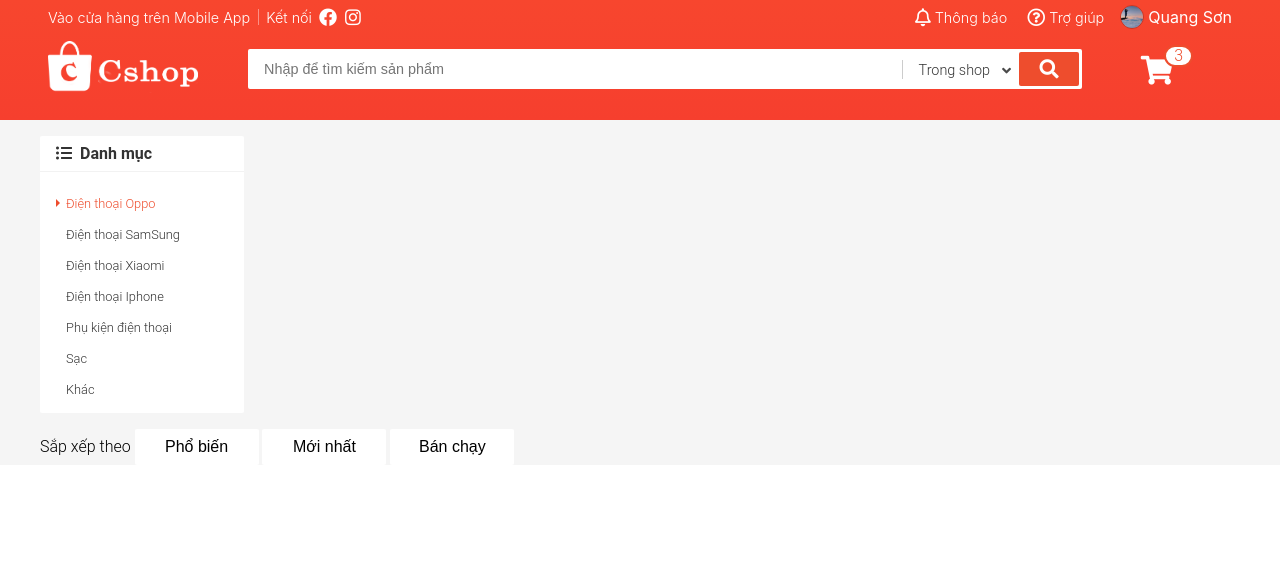
Repository: Qson412/BTL_Web
Page: index.html
An editor plug-in stored every save of this project. The page is shown before and after the next save, followed by the edit.
The browser window is 1280 px wide. The pictures show the whole page.

Above is the page before, as saved 2021-11-30 22:45:48.

After the next save:
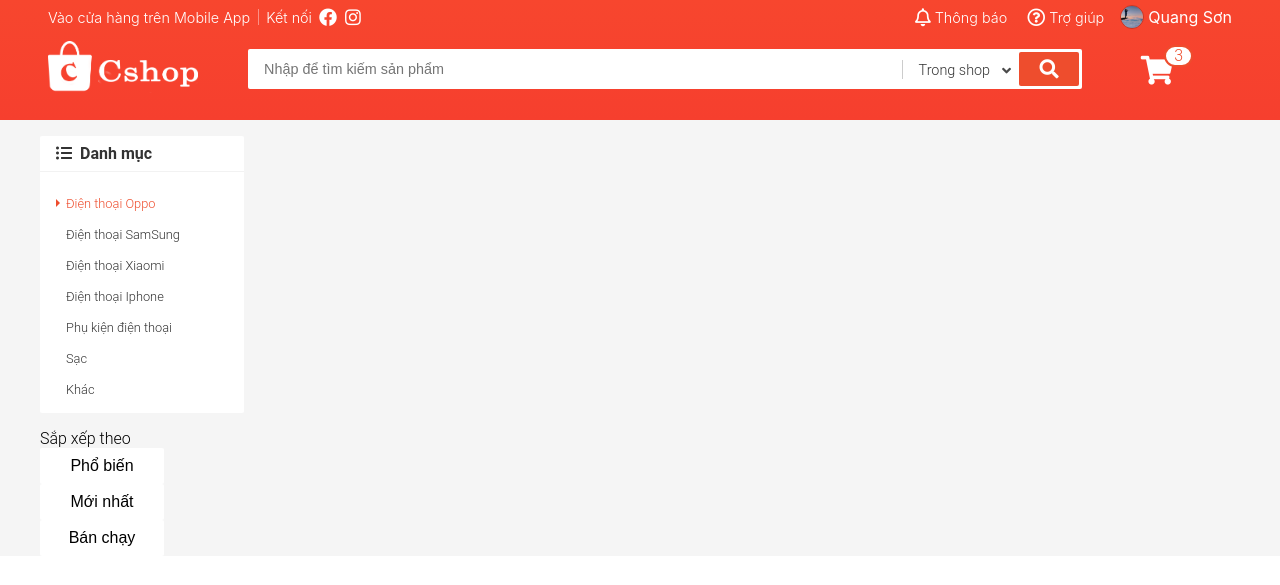
Saved 5 min 32 s later.
--- a/base.css
+++ b/base.css
@@ -101,7 +101,7 @@
     outline: none;
     cursor: pointer;
    color: black;
-   display: inline-flex;
+   display: flex;
    align-items: center;
    justify-content: center;
    background-color: white;

After the save that followed:
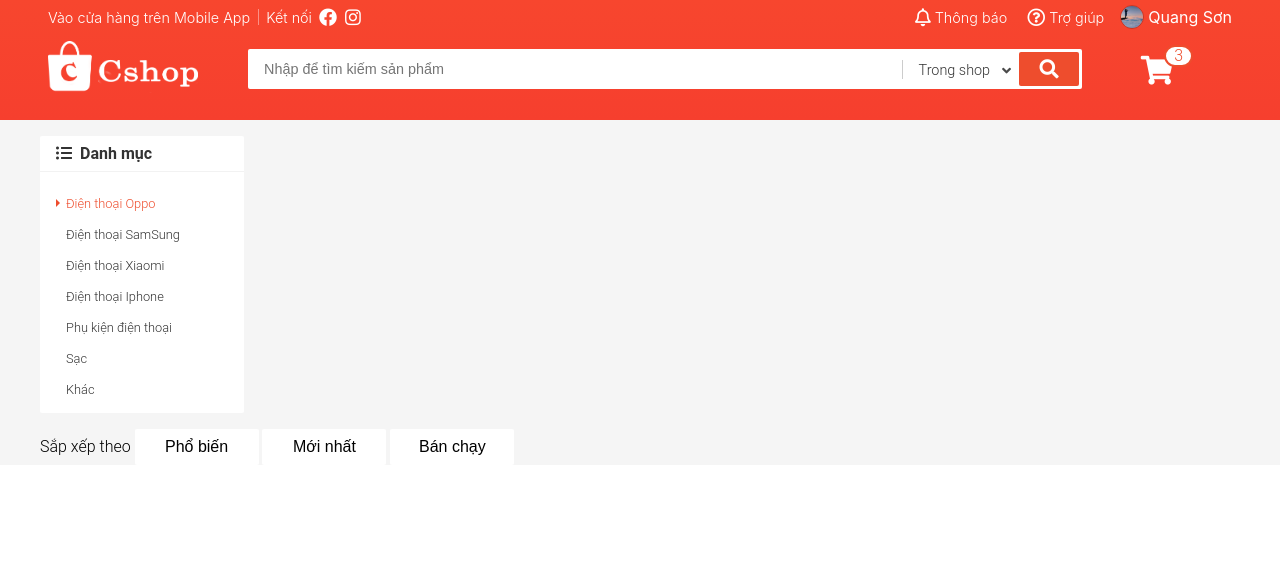
Saved 16 s later.
--- a/base.css
+++ b/base.css
@@ -101,7 +101,7 @@
     outline: none;
     cursor: pointer;
    color: black;
-   display: flex;
+   display:inline-flex flex;
    align-items: center;
    justify-content: center;
    background-color: white;
